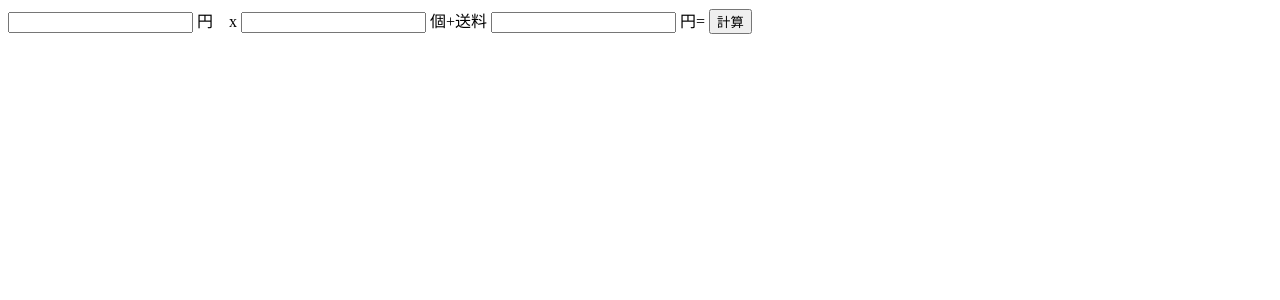
Repository: ishioka-1129/test
Page: http://localhost/HelloJSP/
The author's editor kept a copy of each file at every save. The page is drawn from the files as they stood at one save, then again after the next save.
The browser window is 1280 px wide. The pictures show the whole page.
The page is served by Tomcat 9.

Above is the page before, as saved 2018-05-30 04:33:52.

After the next save:
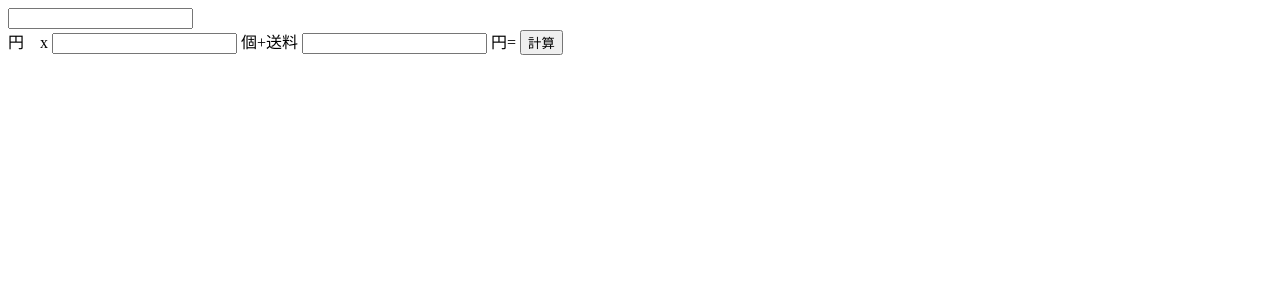
Saved 38 s later.
--- a/HelloJSP/WebContent/index.jsp
+++ b/HelloJSP/WebContent/index.jsp
@@ -8,7 +8,7 @@
 </head>
 <body>
 <form method="post" action="total-out.jsp">
-<input type="text"name="price">
+<input type="text"name="price"><br>
 円　x
 <input type="text"name="count">
 個+送料
